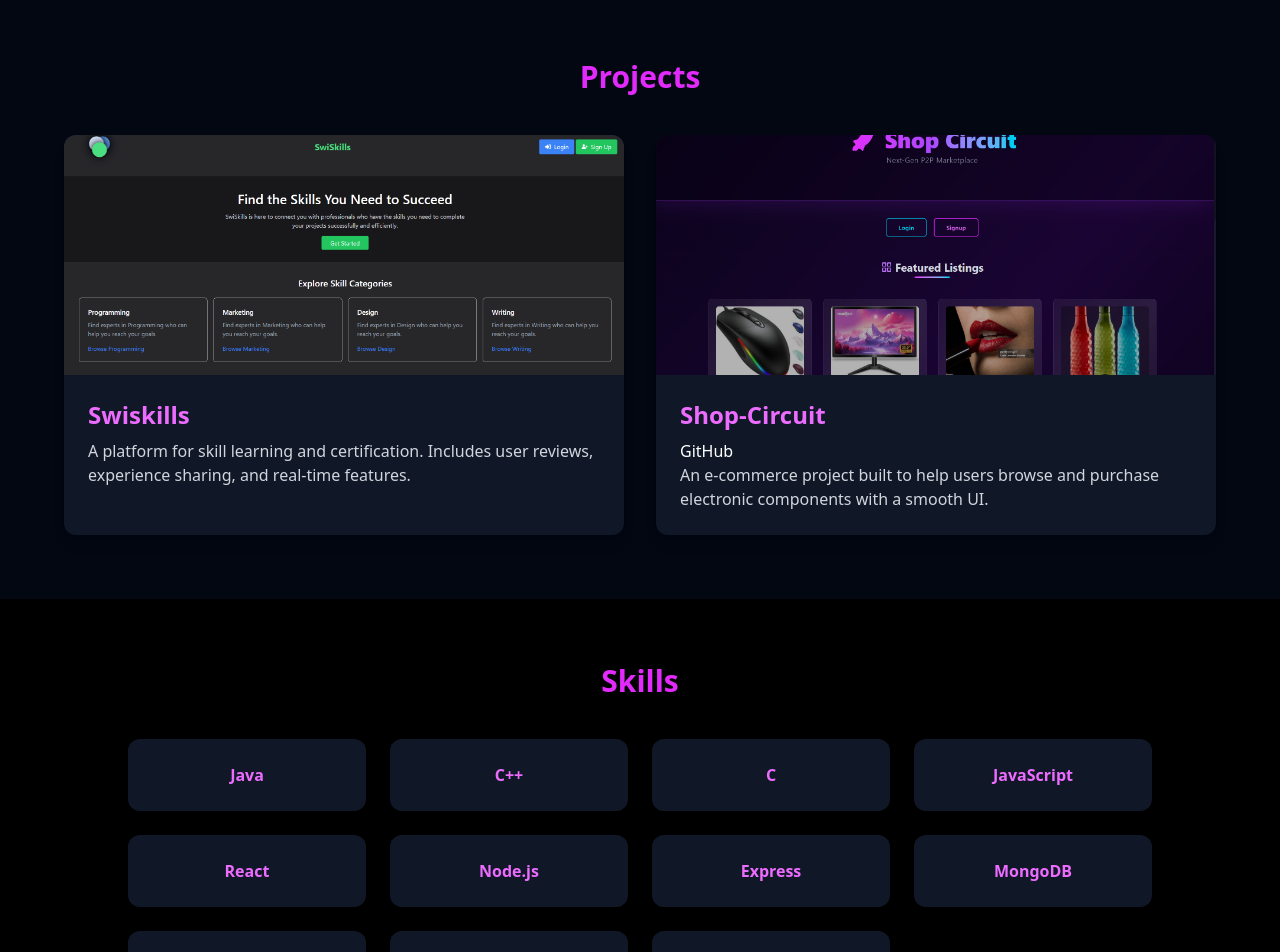
Repository: abhaysharma20233009/portfolio
Page: /
These files come from the project's save history. The page is drawn as it stood at one moment and after the next save; the edit follows.
The browser window is 1280 px wide. The pictures show the part of the page from y = 725 to 1677 px (the page is 1996 px tall).
The project was rebuilt for these pictures with package versions that can differ from the ones it lists, and the page was loaded fresh each time. Also part of the build but not shown: vite.config.js, src/App.css. Imported but missing from the stored project, and not drawn on this page: src/assets/bg.mp4.

Above is the page before, as saved 2025-05-20 17:51:59.

### src/App.jsx
import { useState } from 'react'
import video from './assets/bg.mp4'
import swiskillsImg from './assets/swiskills.png'
import shopCircuitImg from './assets/shop-circuit.png'
import './App.css'

function App() {
  return (
    <>
      {/* Navbar */}
      <nav className="absolute top-0 left-0 w-full z-30 bg-black/50 backdrop-blur-md px-8 py-4 flex items-center justify-between text-white">
        <h1 className="text-xl font-bold text-fuchsia-400">Abhay Sharma</h1>
        <ul className="flex space-x-6 font-medium text-lg">
          <li><a href="#home" className="hover:text-fuchsia-400 transition">Home</a></li>
          <li><a href="#projects" className="hover:text-fuchsia-400 transition">Projects</a></li>
          <li><a href="#skills" className="hover:text-fuchsia-400 transition">Skills</a></li>
          <li><a href="#contact" className="hover:text-fuchsia-400 transition">Contact</a></li>
        </ul>
      </nav>

      {/* Hero Section */}
      <div id="home" className="h-screen w-full text-3xl bg-black relative overflow-hidden">
        <video
          autoPlay
          muted
          loop
          playsInline
          className="absolute top-0 left-0 w-full h-full object-cover z-0"
          src={video}
        />
        <div className="absolute top-0 left-0 w-full h-full bg-black/40 z-10"></div>

        <h1 className="absolute top-20 left-1/2 transform -translate-x-1/2 text-shadow text-fuchsia-500 font-bold italic tracking-wide leading-relaxed z-20 text-4xl">
          Welcome To My Portfolio
        </h1>

        <div className="absolute top-1/2 left-1/2 transform -translate-x-1/2 -translate-y-1/2 z-20 text-white font-bold text-4xl text-center">
          Hey, I am Abhay Sharma
        </div>
      </div>

      {/* Project Section */}
      <section id="projects" className="bg-gray-950 py-16 px-4 text-white">
        <h2 className="text-3xl font-bold text-center mb-10 text-fuchsia-500">Projects</h2>
        <div className="max-w-6xl mx-auto grid grid-cols-1 md:grid-cols-2 gap-8">
          {/* Swiskills Card */}
          <div className="bg-gray-900 rounded-xl shadow-lg overflow-hidden transition hover:scale-105 duration-300">
            <img src={swiskillsImg} alt="Swiskills" className="w-full h-60 object-cover" />
            <div className="p-6">
              <h3 className="text-2xl font-semibold text-fuchsia-400 mb-2">Swiskills</h3>
              <p className="text-gray-300">
                A platform for skill learning and certification. Includes user reviews, experience sharing, and real-time features.
              </p>
            </div>
          </div>

          {/* Shop-Circuit Card */}
          <div className="bg-gray-900 rounded-xl shadow-lg overflow-hidden transition hover:scale-105 duration-300">
            <img src={shopCircuitImg} alt="Shop-Circuit" className="w-full h-60 object-cover" />
            <div className="p-6">
              <h3 className="text-2xl font-semibold text-fuchsia-400 mb-2">Shop-Circuit</h3>
              <a href="https://github.com/abhaysharma20233009/Shop-Circuit">GitHub</a>
              <p className="text-gray-300">
                An e-commerce project built to help users browse and purchase electronic components with a smooth UI.
              </p>
            </div>
          </div>
        </div>
      </section>

      {/* Skills Section */}
      <section id="skills" className="bg-black py-16 px-4 text-white">
        <h2 className="text-3xl font-bold text-center mb-10 text-fuchsia-500">Skills</h2>
        <div className="max-w-5xl mx-auto grid grid-cols-2 sm:grid-cols-3 md:grid-cols-4 gap-6 text-center">
          {['Java','C++','C','JavaScript', 'React', 'Node.js', 'Express', 'MongoDB', 'Tailwind CSS', 'Socket.IO', 'Git'].map((skill, idx) => (
            <div
              key={idx}
              className="bg-gray-900 text-fuchsia-400 rounded-xl py-6 px-4 font-semibold shadow-md hover:scale-105 transition"
            >
              {skill}
            </div>
          ))}
        </div>
      </section>

      {/* Contact Section */}
      <section id="contact" className="bg-black py-16 px-4 text-white text-center">
        <h2 className="text-3xl font-bold mb-4 text-fuchsia-500">Contact</h2>
        <p className="text-gray-300">
          You can reach out to me at: <span className="text-fuchsia-400">abhaysharma21102006@gmail.com</span>
        </p>
      </section>
    </>
  )
}

export default App

Loaded but not shown: index.html (common file); src/main.jsx (common file); src/index.css (common file)

After the next save:
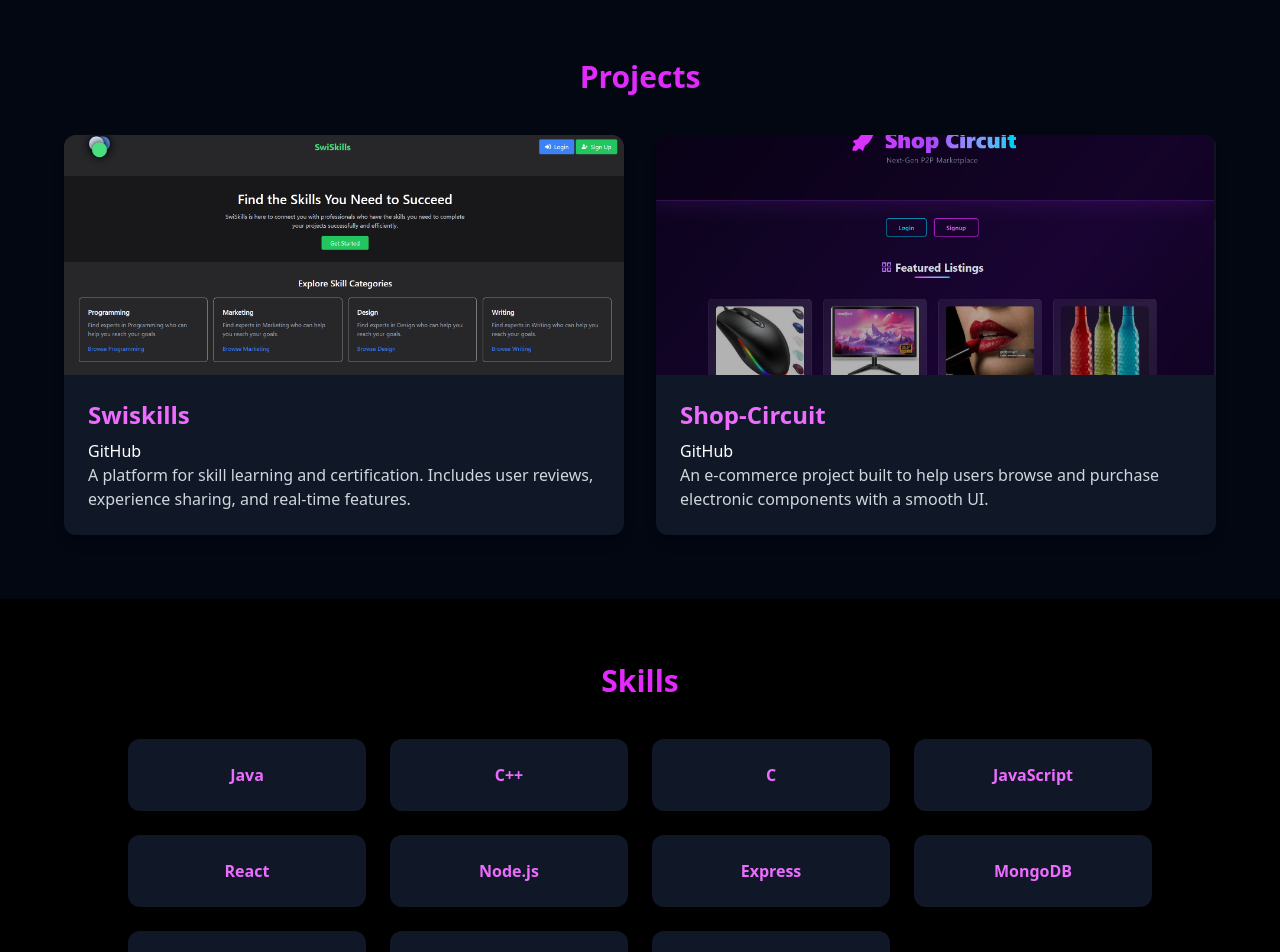
Saved 2 min 27 s later.
--- a/src/App.jsx
+++ b/src/App.jsx
@@ -48,6 +48,7 @@ function App() {
             <img src={swiskillsImg} alt="Swiskills" className="w-full h-60 object-cover" />
             <div className="p-6">
               <h3 className="text-2xl font-semibold text-fuchsia-400 mb-2">Swiskills</h3>
+               <a href="https://github.com/abhaysharma20233009/swiskills">GitHub</a>
               <p className="text-gray-300">
                 A platform for skill learning and certification. Includes user reviews, experience sharing, and real-time features.
               </p>
